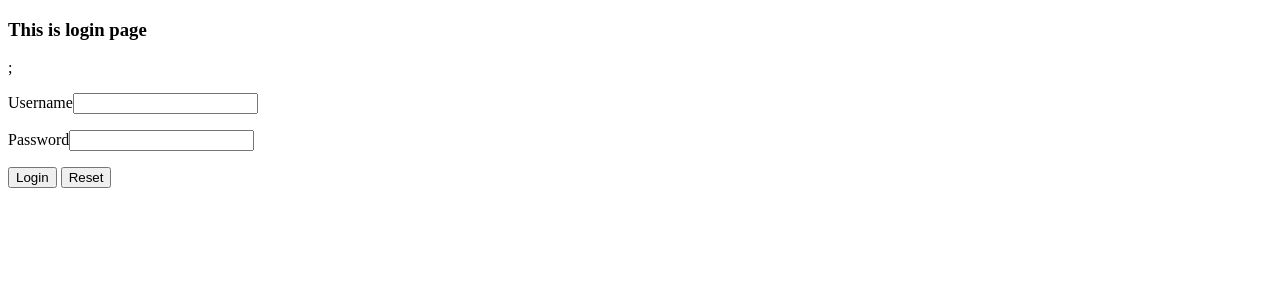
Repository: divyaabharathi/core-java
Page: simple-webapp/WebContent/login.html
An editor plug-in stored every save of this project. The page is shown before and after the next save, followed by the edit.
The browser window is 1280 px wide. The pictures show the whole page.

Above is the page before, as saved 2018-03-06 09:46:35.

After the next save:
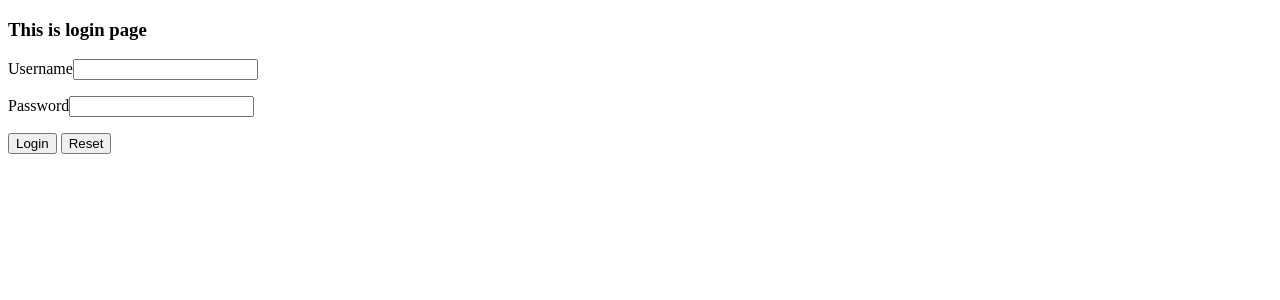
Saved 28 s later.
--- a/simple-webapp/WebContent/login.html
+++ b/simple-webapp/WebContent/login.html
@@ -6,7 +6,7 @@
 </head>
 <body>
 <h3>This is login page</h3>
-<form action="LoginServelet" method="post">;
+<form action="LoginServelet" method="post">
 <p>Username<input type="text" name="un"></p>
 <p>Password<input type="password" name="pw"></p>
 <p><input type="submit" value="Login">
